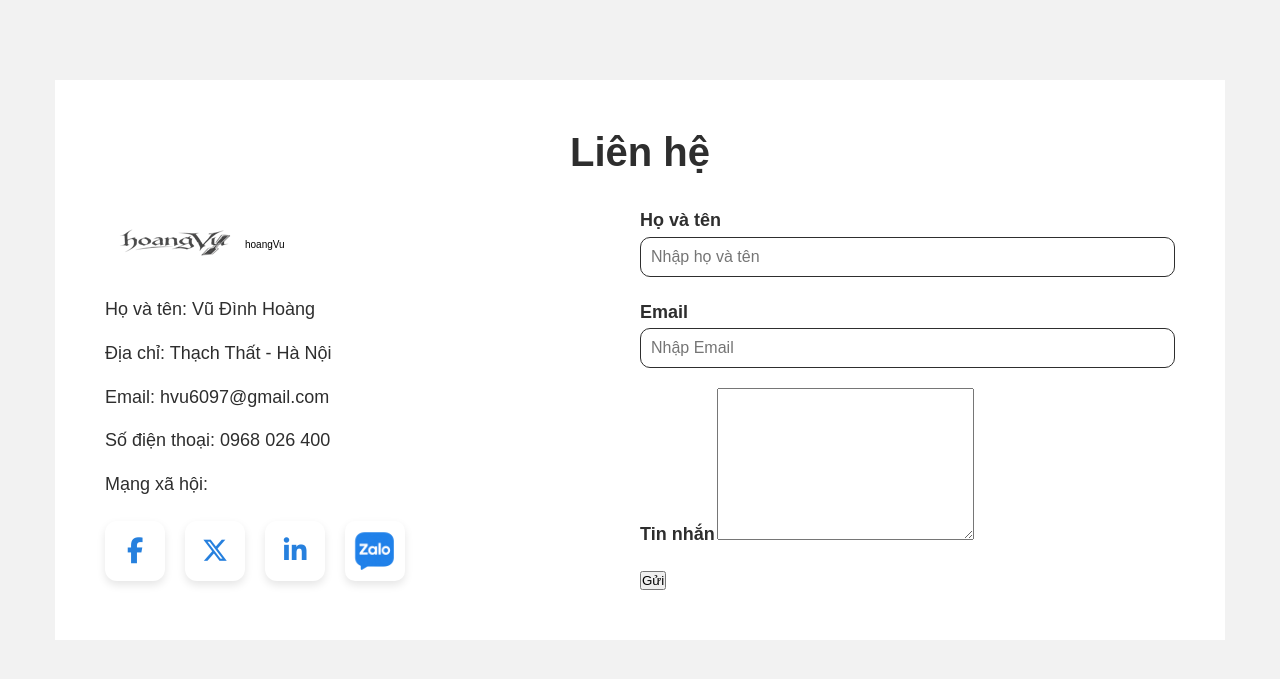
Repository: hoang28092000/portfolio
Page: pages/contact.html
The author's editor kept a copy of each file at every save. The page is drawn from the files as they stood at one save, then again after the next save.
The browser window is 1280 px wide. The pictures show the whole page.

Above is the page before, as saved 2025-04-11 23:38:57.

After the next save:
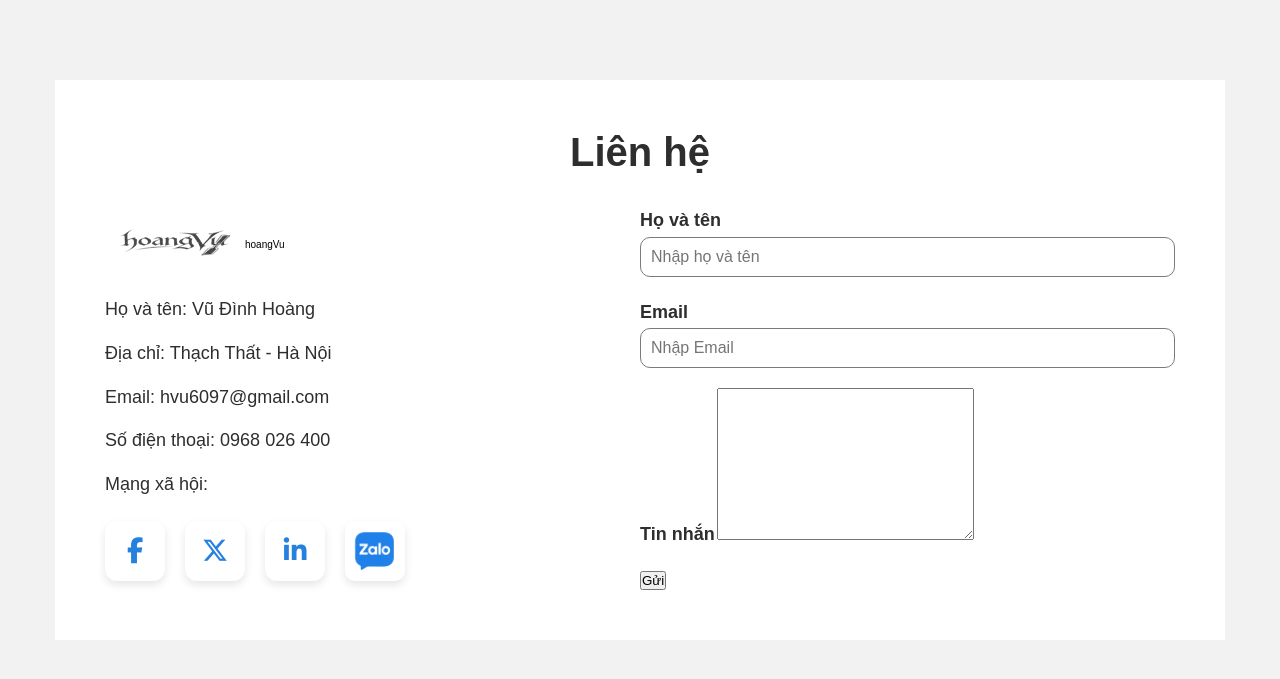
Saved 7 s later.
--- a/css/pages.css
+++ b/css/pages.css
@@ -279,7 +279,7 @@ html {
     width: 100%;
     padding: 10px;
     border-radius: 10px;
-    border: 1px solid #2e2e2e;
+    border: 1px solid #7c7b7b;
     font-size: 1.6rem;
     color: #2e2e2e;
     outline: none;
